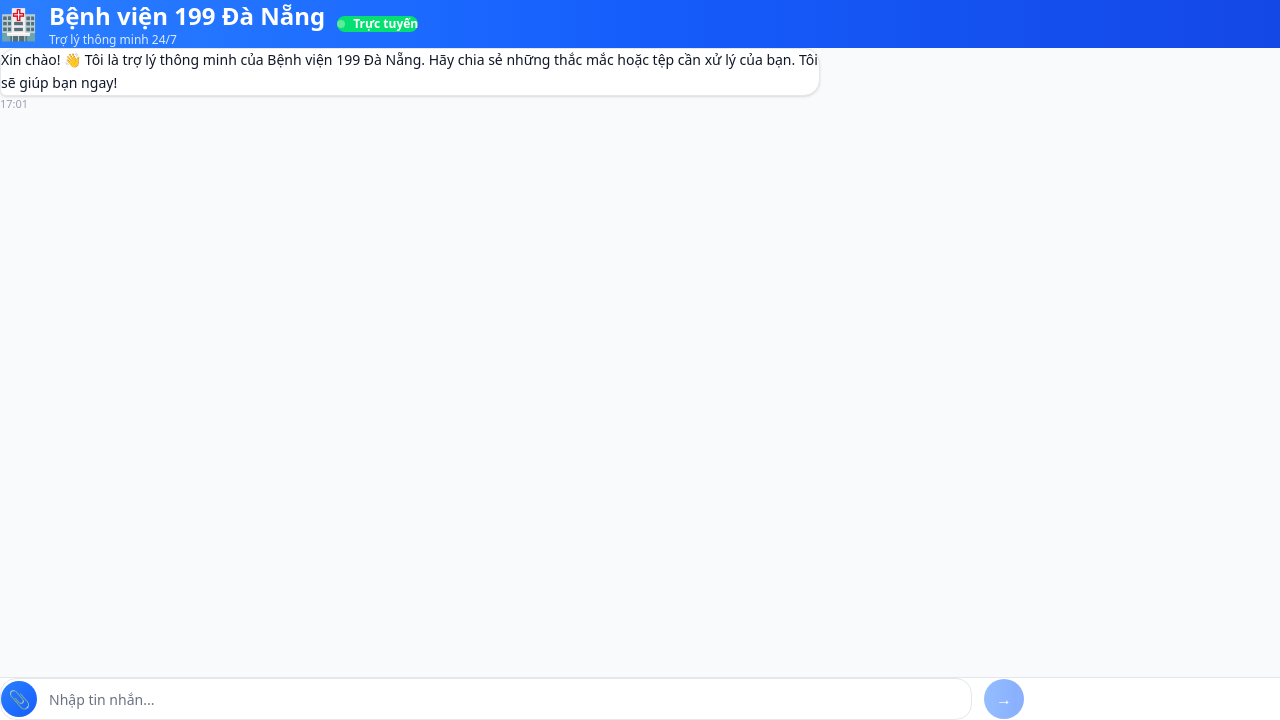
Repository: France2003/B-nh_Vi-n_199
Page: /
The author's editor kept a copy of each file at every save. The page is drawn from the files as they stood at one save, then again after the next save.
The browser window is 1280 px wide. The pictures show the whole page.
The project was rebuilt for these pictures with package versions that can differ from the ones it lists, and the page was loaded fresh each time. Also part of the build but not shown: vite.config.ts, src/App.css, src/components/FilePreview.tsx.

Above is the page before, as saved 2026-01-10 11:44:25.

After the next save:
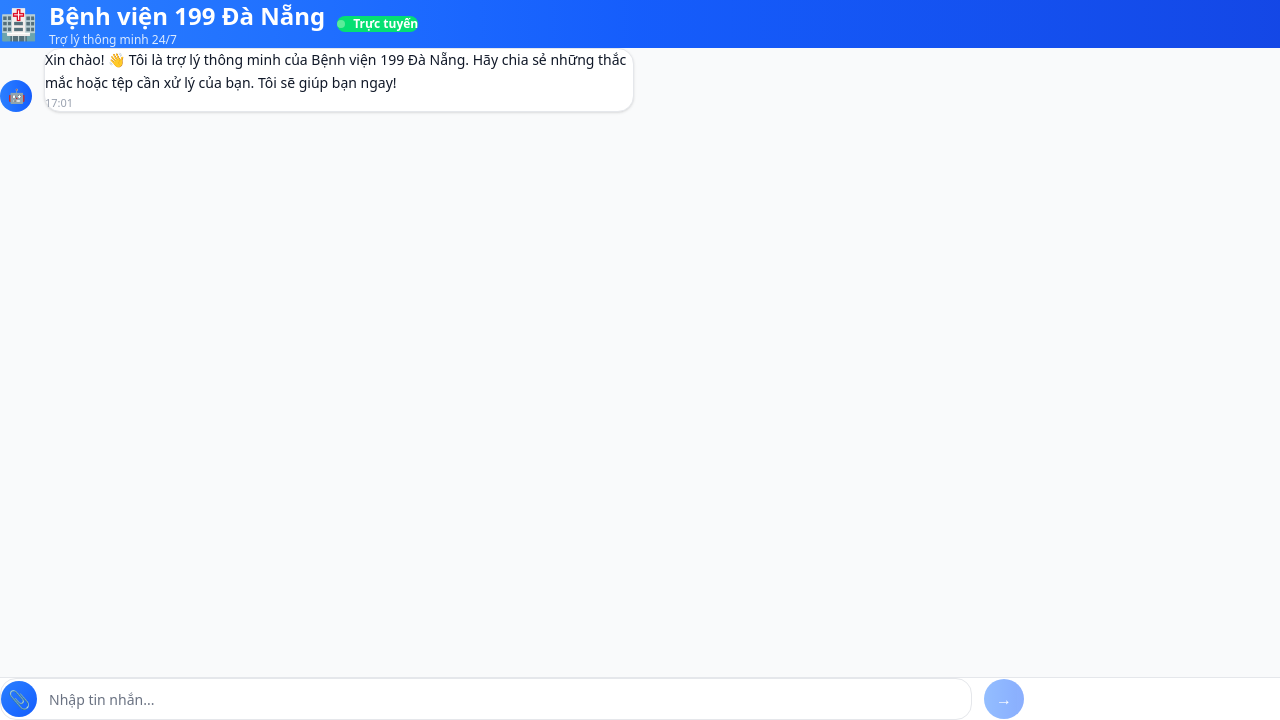
Saved 11 s later.
--- a/src/components/ChatMessage.tsx
+++ b/src/components/ChatMessage.tsx
@@ -7,43 +7,50 @@
 
 export const ChatMessage: React.FC<ChatMessageProps> = ({ message }) => {
   const isUser = message.type === 'user';
+  return (
+    <div className={`flex ${isUser ? 'justify-end' : 'justify-start'} px-2`}>
+      <div className={`flex items-end gap-3 max-w-full ${isUser ? 'ml-auto' : ''}`}>
+        {!isUser && (
+          <div className="flex-shrink-0 w-8 h-8 rounded-full bg-gradient-to-r from-blue-500 to-blue-600 flex items-center justify-center text-white text-sm">🤖</div>
+        )}
 
-  return (
-    <div className="w-full flex">
-      {/* Wrapper quyết định trái / phải */}
-      <div
-        className={`flex w-full ${
-          isUser ? 'justify-end' : 'justify-start'
-        }`}
-      >
-        {/* Cột chứa bubble + time */}
-        <div className="flex flex-col max-w-[820px] w-full">
-          {/* Bubble */}
-          <div
-            className={`px-4 py-3 rounded-2xl text-sm leading-relaxed shadow-sm
-              ${
-                isUser
-                  ? 'bg-gradient-to-br from-blue-500 to-blue-600 text-white rounded-br-md'
-                  : 'bg-white text-gray-900 border border-gray-200 rounded-bl-md'
-              }`}
-          >
-            {message.content}
+        <div className={`max-w-[85%] sm:max-w-[70%] lg:max-w-[60%] rounded-2xl p-3 break-words shadow-sm ${
+          isUser
+            ? 'bg-gradient-to-br from-blue-500 to-blue-600 text-white rounded-br-2xl rounded-bl-2xl rounded-tl-2xl'
+            : 'bg-white text-gray-900 rounded-bl-2xl rounded-br-2xl border border-gray-200'
+        }`}>
+          <div className="flex flex-col gap-2">
+            <div className="text-sm leading-relaxed whitespace-pre-wrap">{message.content}</div>
+            {message.files && message.files.length > 0 && (
+              <div className="mt-2 grid grid-cols-1 sm:grid-cols-2 gap-2">
+                {message.files.map((file) => (
+                  <div key={file.id} className="flex items-start gap-2">
+                    {file.type === 'image' && file.preview ? (
+                      <img src={file.preview} alt={file.name} className="w-20 h-20 object-cover rounded-md" />
+                    ) : (
+                      <div className="w-20 h-20 flex items-center justify-center rounded-md bg-gray-100">
+                        <span className="text-2xl">📄</span>
+                      </div>
+                    )}
+                    <div className="flex-1 min-w-0">
+                      <p className="text-xs font-medium truncate">{file.name}</p>
+                      {file.description && <p className="text-xs text-gray-500 mt-1 truncate">{file.description}</p>}
+                    </div>
+                  </div>
+                ))}
+              </div>
+            )}
           </div>
 
-          {/* Time */}
-          <div
-            className={`mt-1 text-[11px] text-gray-400 ${
-              isUser ? 'text-right' : 'text-left'
-            }`}
-          >
-            {message.timestamp.toLocaleTimeString('vi-VN', {
-              hour: '2-digit',
-              minute: '2-digit',
-            })}
+          <div className={`text-[11px] mt-2 ${isUser ? 'text-white/80 text-right' : 'text-gray-400 text-left'}`}>
+            {message.timestamp.toLocaleTimeString('vi-VN', { hour: '2-digit', minute: '2-digit' })}
           </div>
         </div>
+
+        {isUser && (
+          <div className="flex-shrink-0 w-8 h-8 rounded-full bg-white flex items-center justify-center text-blue-600 text-sm shadow-sm">Bạn</div>
+        )}
       </div>
     </div>
   );
 };
-export default ChatMessage;
